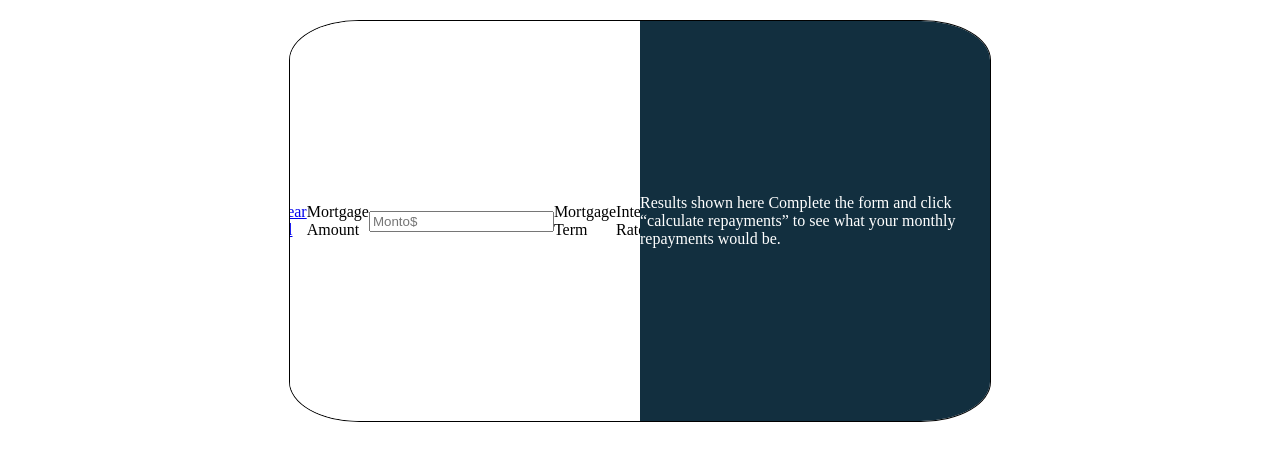
Repository: GravielPV/Mortgage-repayment-calculator
Page: index.html
These files come from the project's save history. The page is drawn as it stood at one moment and after a run of saves; the edit follows.
The browser window is 1280 px wide. The pictures show the whole page.

Above is the page before, as saved 2025-12-11 16:51:29.

After the next 4 saves:
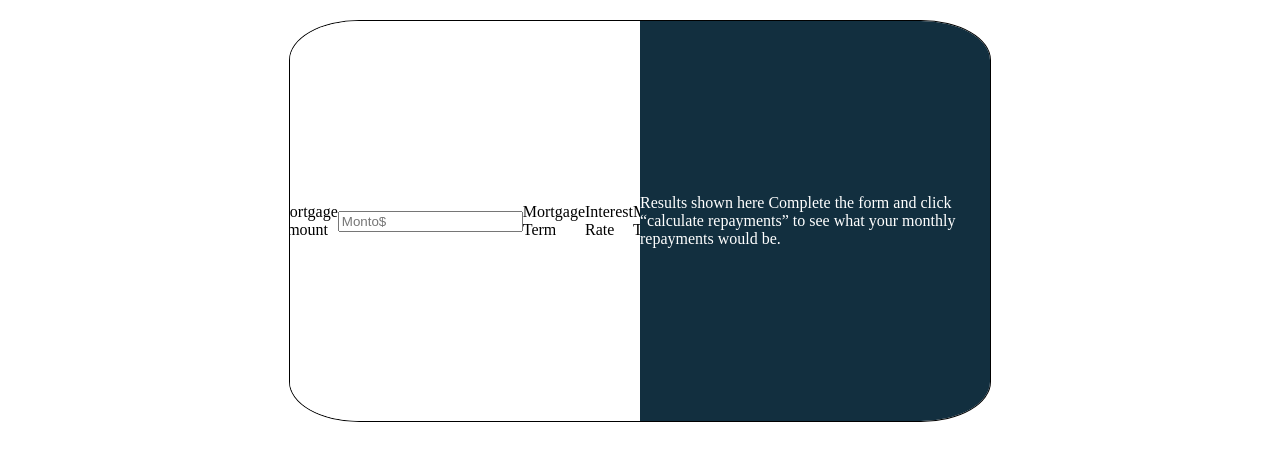
The 4 saves are shown as one change because they came seconds apart.
The last was saved 9 s later.
--- a/index.html
+++ b/index.html
@@ -22,11 +22,7 @@
 <input type="text" name="mortgage" id="input-mortgage" placeholder="Monto$">
 <label for="">Mortgage Term</label>
 <label for=""> Interest Rate</label>
-
-
-
-
-  <label for=""></label>Mortgage Type
+  <label for="">Mortgage Type</label>
   Repayment
   Interest Only
 
